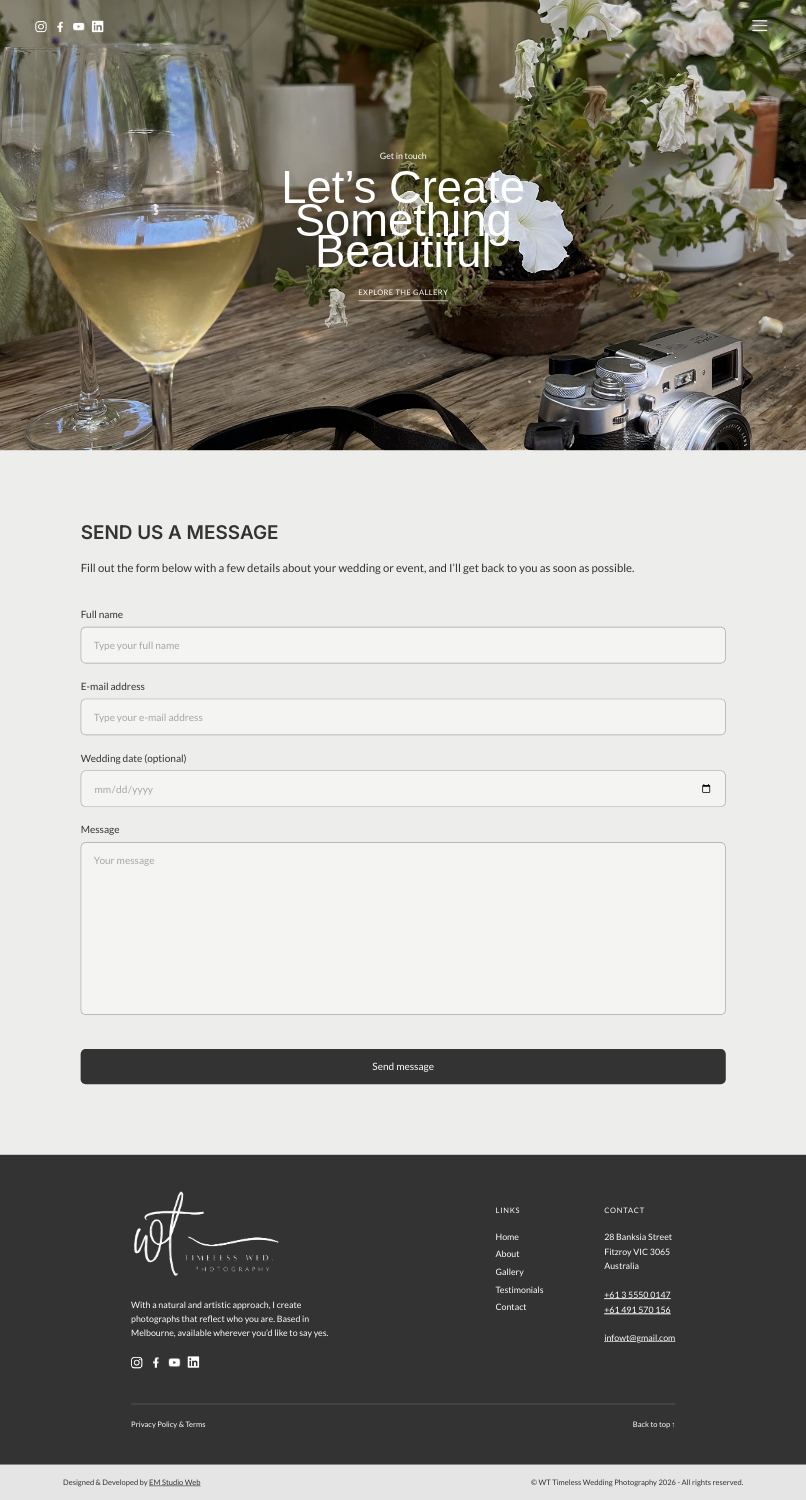
Repository: eduarda-magnago/wt-photography
Page: /contact
The author's editor kept a copy of each file at every save. The page is drawn from the files as they stood at one save, then again after a run of saves.
The browser window is 1280 px wide. The pictures show the whole page, at 63% of full size.
Some web fonts or font styles are not loaded; a fallback is used. The project was rebuilt for these pictures with package versions that can differ from the ones it lists, and the page was loaded fresh each time. The framework's server and built-in components were replaced by stand-ins that run in the browser. Also part of the build but not shown: next.config.ts.

Above is the page before, as saved 2026-10-19 14:32:48.

After the next 2 saves:
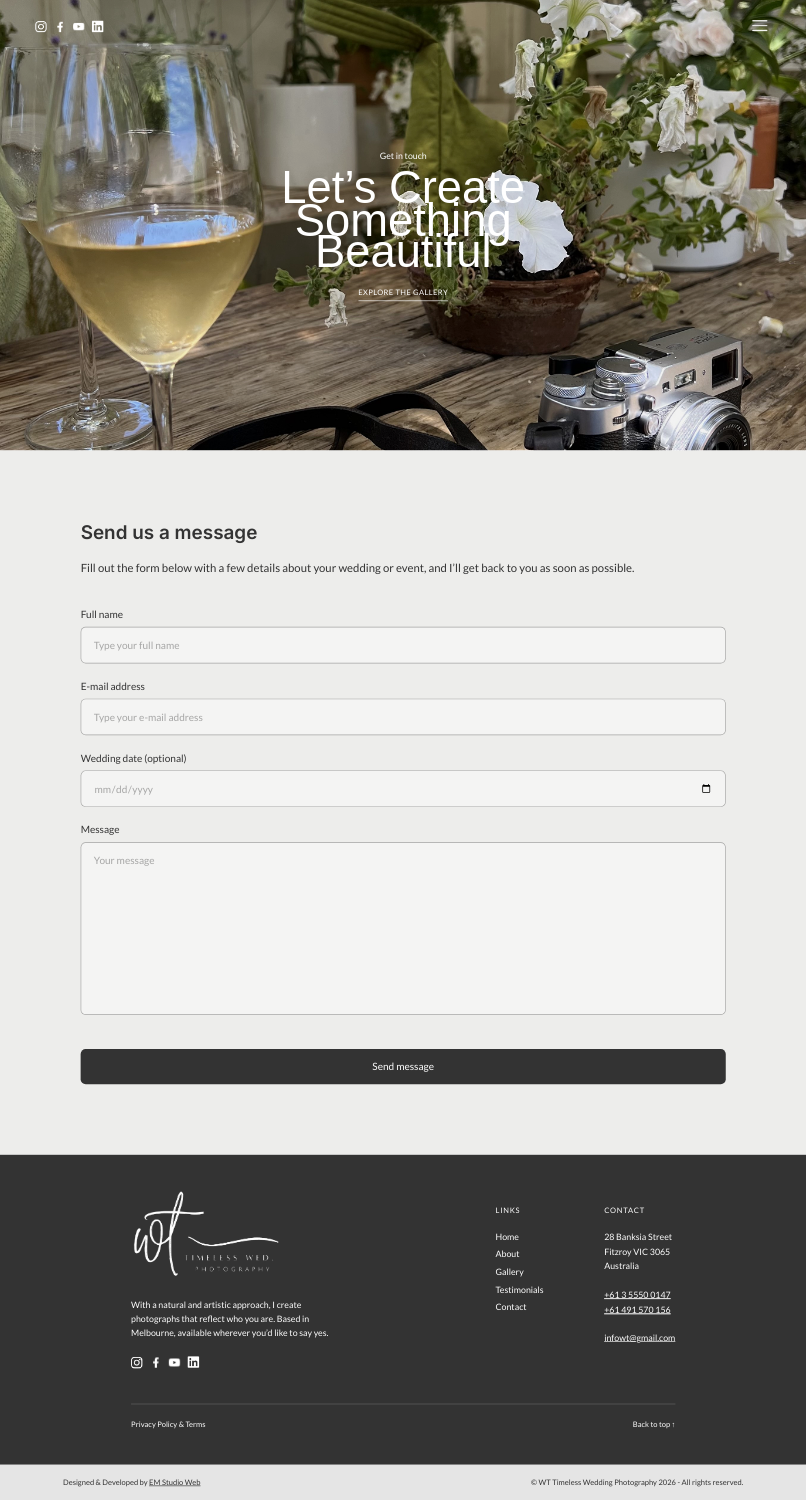
The 2 saves are shown as one change because they came seconds apart.
The last was saved 5 min 21 s later.
--- a/app/contact/page.tsx
+++ b/app/contact/page.tsx
@@ -14,7 +14,7 @@
         className="scroll-mt-20 bg-sand px-6 py-20 md:px-14 md:py-28"
       >
         <div className="mx-auto max-w-5xl">
-          <h2 className="font-heading text-2xl font-semibold uppercase md:text-3xl">
+          <h2 className="font-heading text-2xl font-semibold md:text-3xl">
             Send us a message
           </h2>
           <p className="mt-6 text-lg">

After the save that followed:
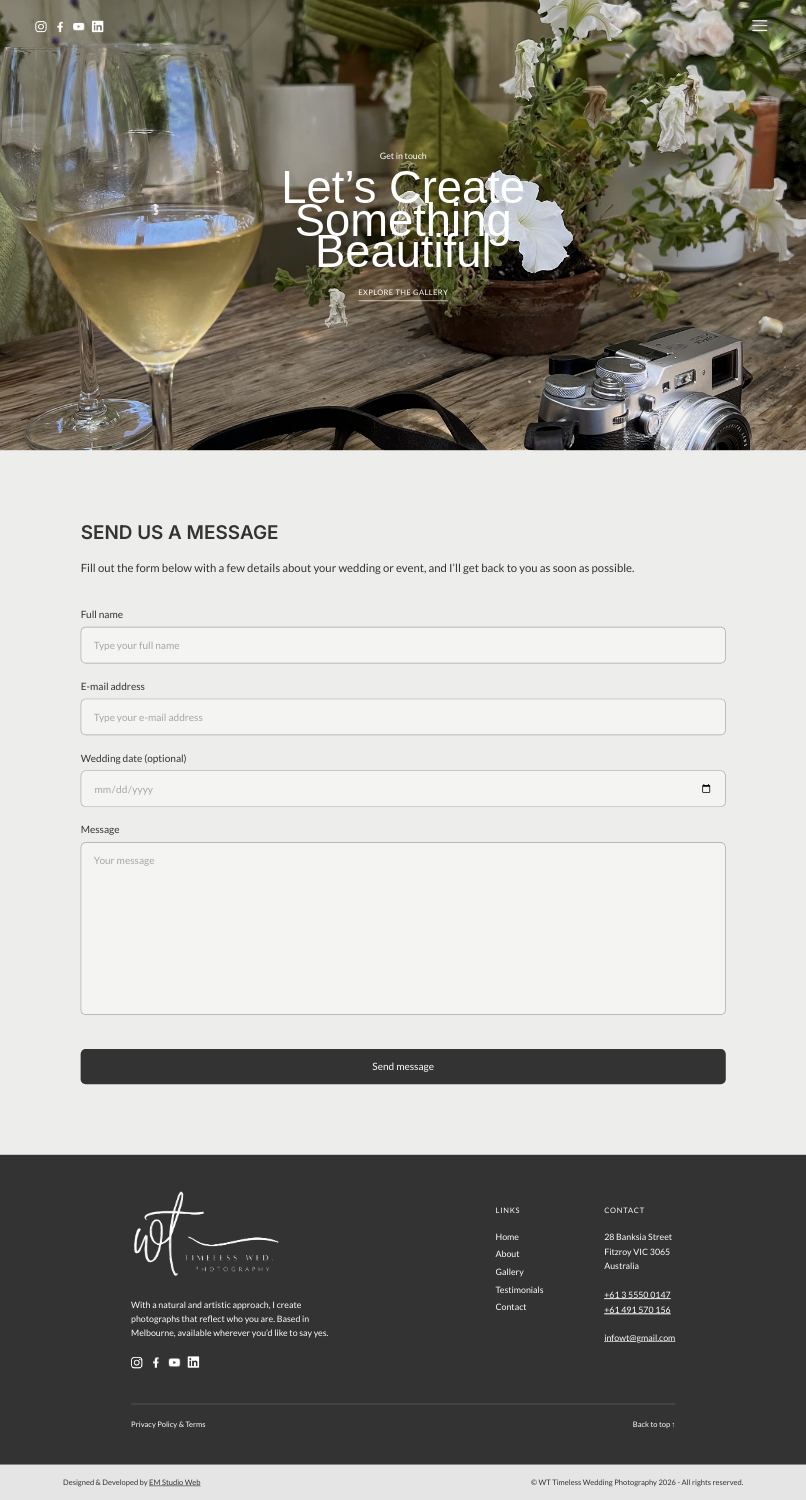
Saved 42 s later.
--- a/app/contact/page.tsx
+++ b/app/contact/page.tsx
@@ -14,7 +14,7 @@
         className="scroll-mt-20 bg-sand px-6 py-20 md:px-14 md:py-28"
       >
         <div className="mx-auto max-w-5xl">
-          <h2 className="font-heading text-2xl font-semibold md:text-3xl">
+          <h2 className="font-heading text-2xl font-semibold uppercase md:text-3xl">
             Send us a message
           </h2>
           <p className="mt-6 text-lg">
